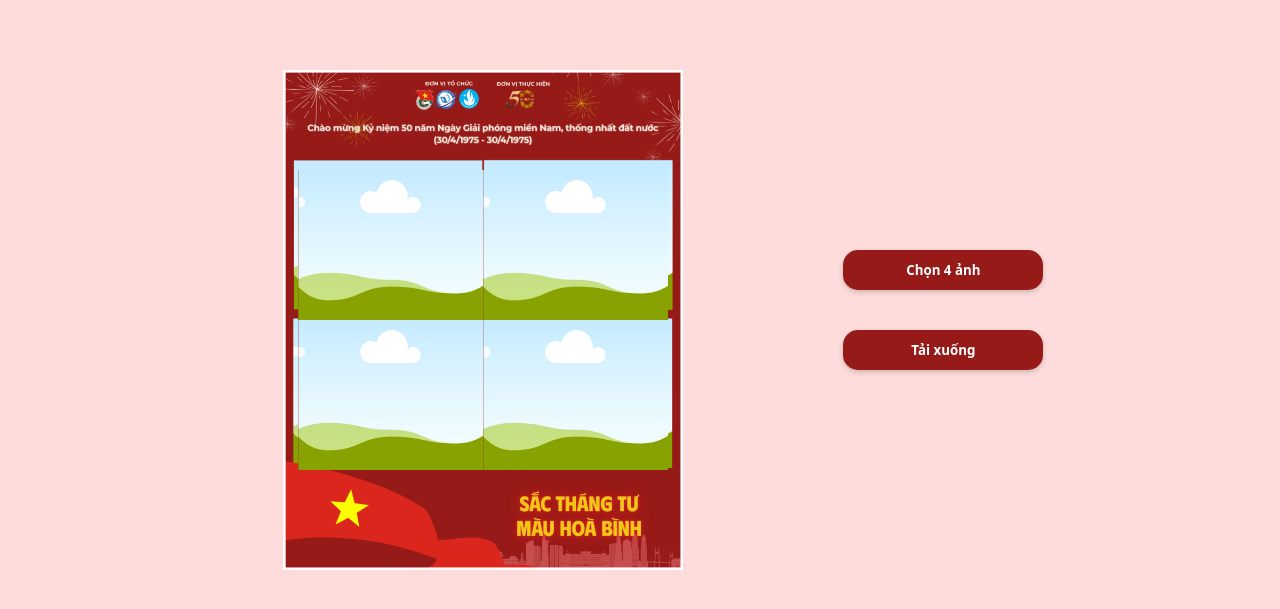
Repository: nguyentambinh/tuoitretdmu
Page: http://localhost/
The author's editor kept a copy of each file at every save. The page is drawn from the files as they stood at one save, then again after the next save.
The browser window is 1280 px wide. The pictures show the whole page.
The page is run by PHP 8.4 with error messages shown; the project is at /var/www/html/.

Above is the page before, as saved 2025-04-10 14:17:21.
Console error: TypeError: Cannot read properties of null (reading 'addEventListener')

After the next save:
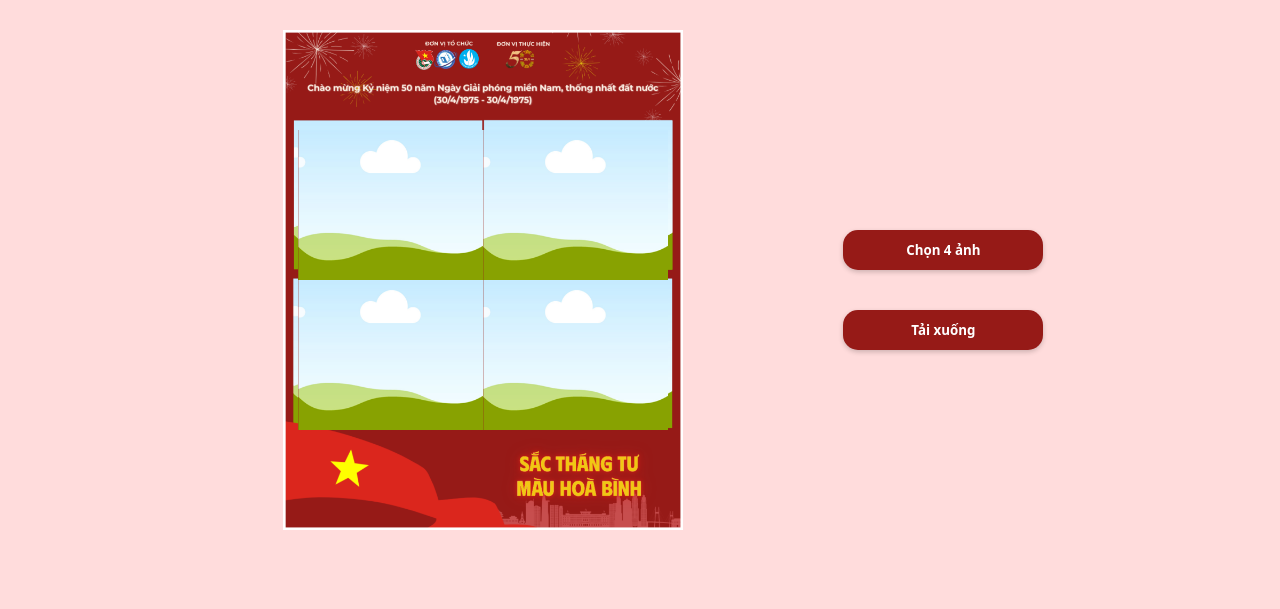
Saved 9 s later.
--- a/main.css
+++ b/main.css
@@ -28,7 +28,7 @@ body {
     gap:3px;
     width: 100%;
     height: 500px;
-    margin-top: 20px;
+    margin-top: -20px;
 }
 .picture-box{
     display: grid;
